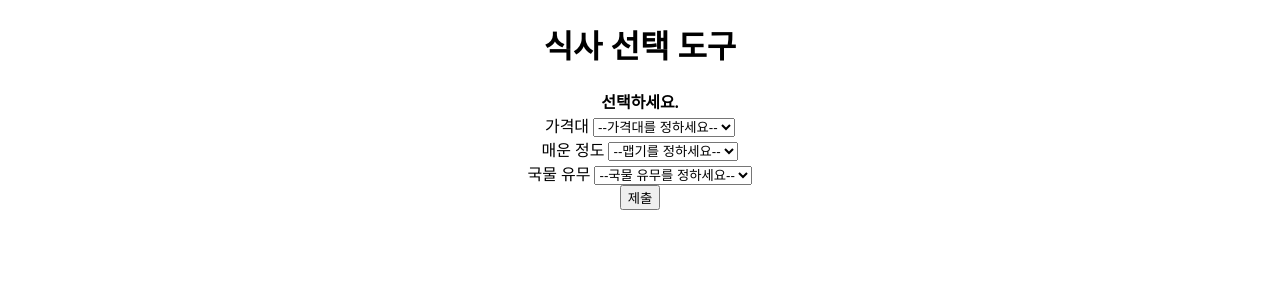
Repository: kimgh06/JavaWeb
Page: http://localhost/what/
An editor plug-in stored every save of this project. The page is shown before and after the next save, followed by the edit.
The browser window is 1280 px wide. The pictures show the whole page.
The page is served by Tomcat 9. Other server files are loaded and not shown.

Above is the page before, as saved 2022-11-04 00:18:08.

### what/src/main/webapp/index.jsp
<%@ page language="java" contentType="text/html; charset=EUC-KR"
	pageEncoding="EUC-KR"%>
<!DOCTYPE html>
<html>
<head>
<meta charset="EUC-KR">
<title>식사 선택 도구</title>
<link href="./main.css" rel="stylesheet" type="text/css">
</head>
<body>
	<div id="main">
		<h1>식사 선택 도구</h1>
		<b>선택하세요.</b>
		<div id="form">
			<div>
				<label>가격대</label>
				<select>
					<option value="-1">--가격대를 정하세요--</option>
					<option value="1">8000이하</option>
					<option value="2">13000이하</option>
					<option value="3">18000이하</option>
					<option value="4">23000이하</option>
					<option value="5">23000이상</option>
				</select>
			</div>
			<div>
				<label>매운 정도</label>
				<select>
					<option value="-1">--맵기를 정하세요--</option>
					<option value="하">맵지 않음</option>
					<option value="중">적당히 매움</option>
					<option value="상">매움</option>
				</select>
			</div>
			<div>
				<label>국물 유무</label>
				<select>
					<option value="-1">--국물 유무를 정하세요--</option>
					<option value="0">없음</option>
					<option value="1">있음</option>
				</select>
			</div>
			<button>제출</button>
		</div>
	</div>
</body>
</html>

### what/src/main/webapp/main.css
@CHARSET "UTF-8";

#main{
	text-align: center;
	display: block;
}

#form{
	display: block;
}

After the next save:
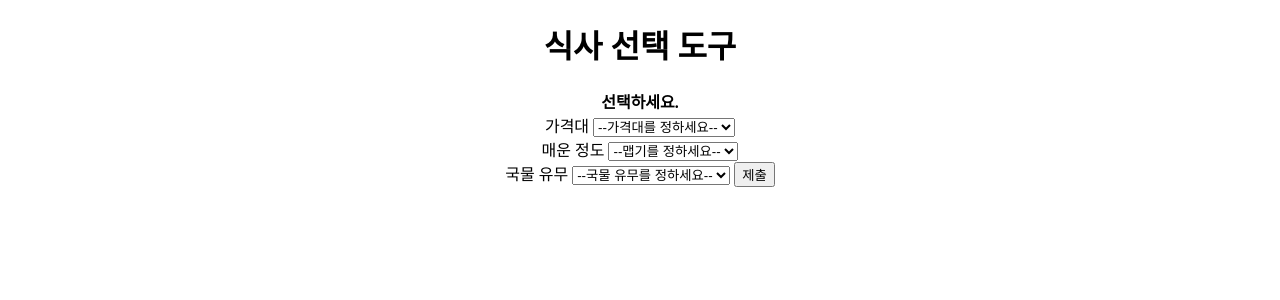
Saved 20 s later.
--- a/what/src/main/webapp/index.jsp
+++ b/what/src/main/webapp/index.jsp
@@ -11,7 +11,7 @@
 	<div id="main">
 		<h1>식사 선택 도구</h1>
 		<b>선택하세요.</b>
-		<div id="form">
+		<form id="form">
 			<div>
 				<label>가격대</label>
 				<select>
@@ -39,7 +39,7 @@
 					<option value="0">없음</option>
 					<option value="1">있음</option>
 				</select>
-			</div>
+			</form>
 			<button>제출</button>
 		</div>
 	</div>

After the save that followed:
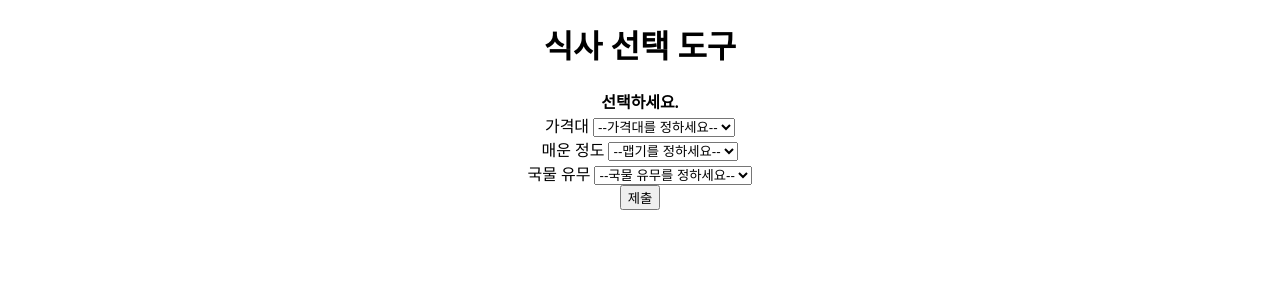
Saved 26 s later.
--- a/what/src/main/webapp/index.jsp
+++ b/what/src/main/webapp/index.jsp
@@ -13,8 +13,7 @@
 		<b>선택하세요.</b>
 		<form id="form">
 			<div>
-				<label>가격대</label>
-				<select>
+				<label>가격대</label> <select>
 					<option value="-1">--가격대를 정하세요--</option>
 					<option value="1">8000이하</option>
 					<option value="2">13000이하</option>
@@ -24,8 +23,7 @@
 				</select>
 			</div>
 			<div>
-				<label>매운 정도</label>
-				<select>
+				<label>매운 정도</label> <select>
 					<option value="-1">--맵기를 정하세요--</option>
 					<option value="하">맵지 않음</option>
 					<option value="중">적당히 매움</option>
@@ -33,15 +31,14 @@
 				</select>
 			</div>
 			<div>
-				<label>국물 유무</label>
-				<select>
+				<label>국물 유무</label> <select>
 					<option value="-1">--국물 유무를 정하세요--</option>
 					<option value="0">없음</option>
 					<option value="1">있음</option>
 				</select>
-			</form>
+			</div>
 			<button>제출</button>
-		</div>
+		</form>
 	</div>
 </body>
 </html>
